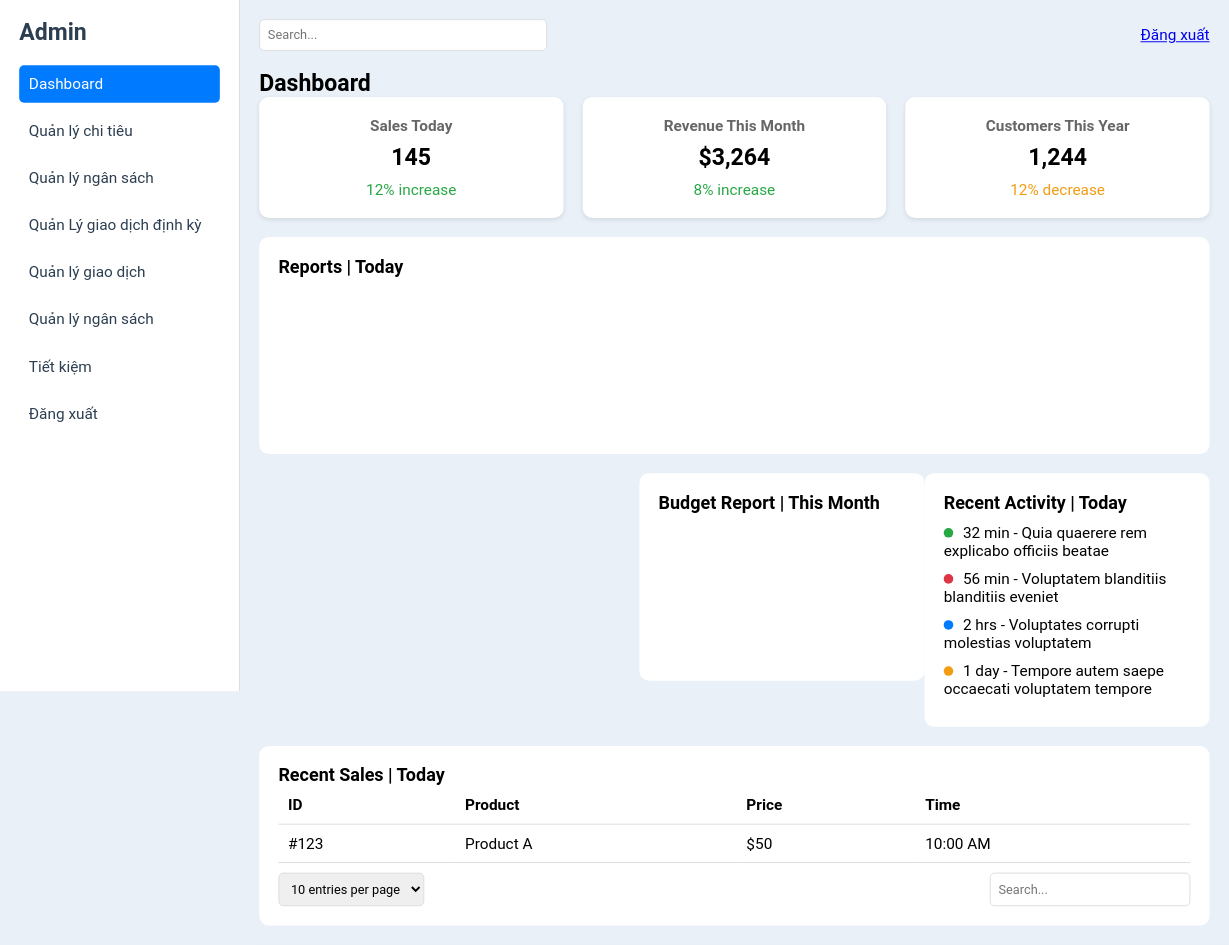
Repository: PhanVanHoa051204/Project3
Page: http://localhost/Project3/dashboard.jsp
These files come from the project's save history. The page is drawn as it stood at one moment and after the next save; the edit follows.
The browser window is 1280 px wide. The pictures show the whole page, at 96% of full size.
The page is served by Tomcat 9.

Above is the page before, as saved 2025-03-12 13:56:50.
Console error: ReferenceError: Chart is not defined

After the next save:
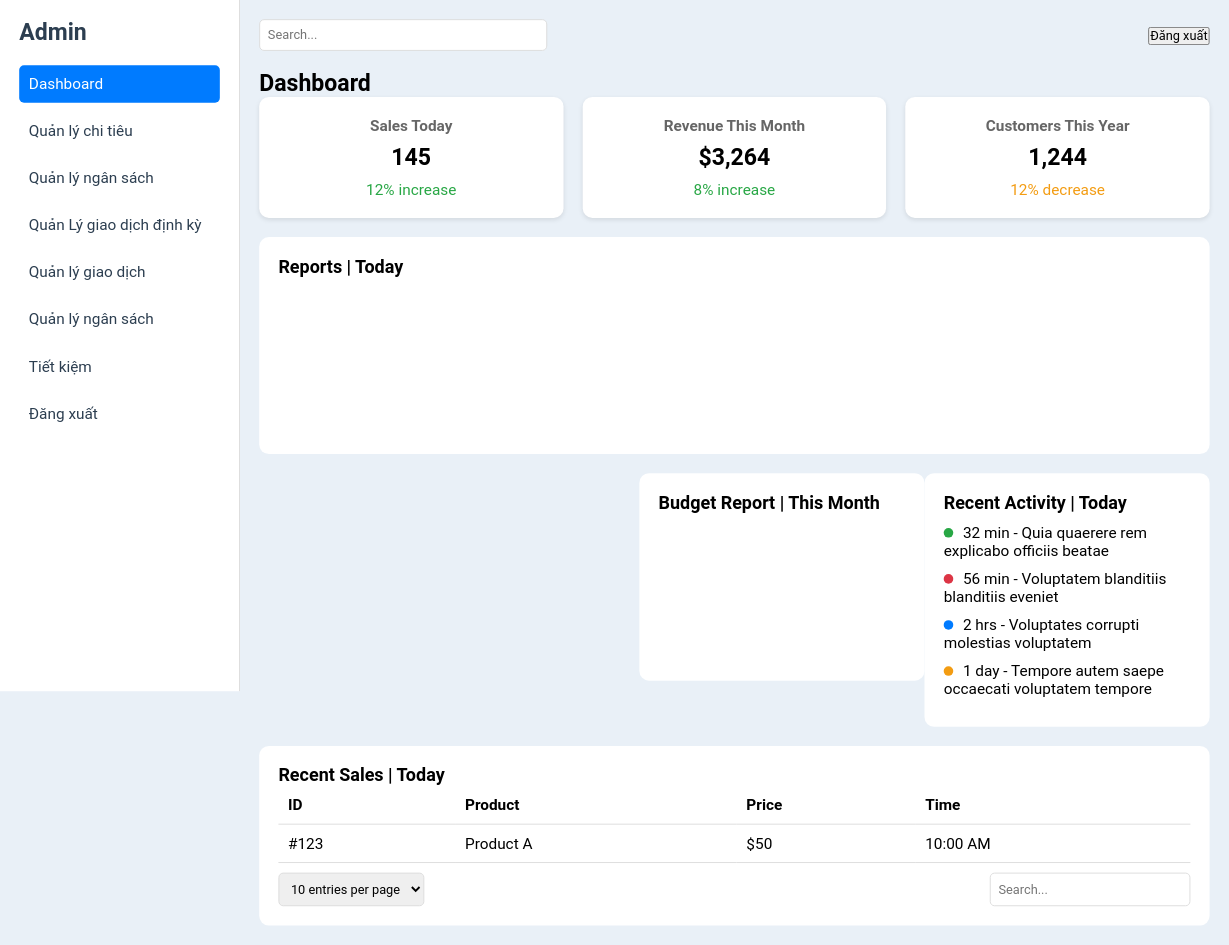
Saved 27 s later.
--- a/PhanVanHoa_2210900023_K22CNT1/Project3/src/main/webapp/dashboard.jsp
+++ b/PhanVanHoa_2210900023_K22CNT1/Project3/src/main/webapp/dashboard.jsp
@@ -35,7 +35,7 @@
 					<input type="text" placeholder="Search...">
 				</div>
 				<div class="logout-section">
-					<a href="#" class="logout-btn">Đăng xuất</a>
+					<button class="logout-btn">Đăng xuất</button>
 				</div>
 			</header>
 
